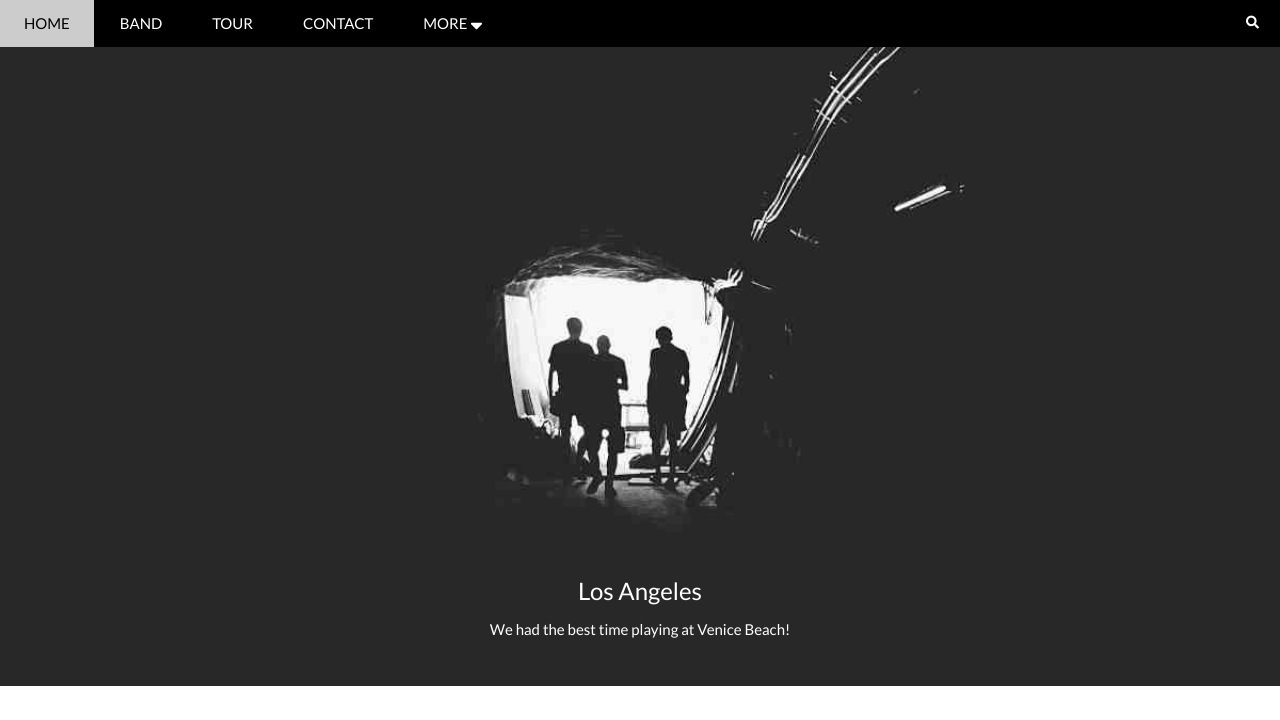
Repository: nguyenthaicong265/w3-band
Page: index.html
The author's editor kept a copy of each file at every save. The page is drawn from the files as they stood at one save, then again after the next save.
The browser window is 1280 px wide. The pictures show the window.
A layer covers the whole window, so only the first screen is drawn.

Above is the page before, as saved 2022-01-03 11:06:47.

### index.html
<!DOCTYPE html>
<html lang="en">
<head>
    <meta charset="UTF-8">
    <meta http-equiv="X-UA-Compatible" content="IE=edge">
    <meta name="viewport" content="width=device-width, initial-scale=1.0">
    <title>Document</title>
    <link rel="stylesheet" href="./assets/css/styles.css">
    <link rel="stylesheet" href="https://fonts.googleapis.com/css?family=Lato">
    <link rel="stylesheet" href="./assets/font/themify-icons-font/themify-icons/themify-icons.css">
    <link rel="stylesheet" href="./assets/font/fontawesome-free-5.15.4-web/css/all.css">
</head>
<body>
    <div id="main">
        <div id="header">
            <ul id="nav">
                <li><a href="">Home</a></li>
                <li><a href="">Band</a></li>
                <li><a href="">Tour</a></li>
                <li><a href="">Contact</a></li>
                <li>
                    <a href="#">
                        More
                        <i class="fas fa-sort-down"></i>
                    </a>
                    <ul class="subnav">
                        <li><a href="#">Merchandise</a></li>
                        <li><a href="#">Extras</a></li>
                        <li><a href="#">Media</a></li>
                    </ul>
                </li>
            </ul>
            <div class="search-button">
                <i class="fas fa-search text-white"></i>
            </div>
        </div>

        <div id="slider">
            <div class="text-content text-white">
                <h2 class="text-head">Los Angeles
                </h2>
                <div class="text-description">We had the best time playing at Venice Beach!
                </div>
            </div>
        </div>

        <div id="content">
            <!-- About-section -->
            <div class="band-section">
                <div class="content-section">
                    <h2 class="section-heading">
                    THE BAND
                    </h2>
                    <p class="section-sub-heading">
                    We love music
                    </p>
                    <p class="about-text">We have created a fictional band website. Lorem ipsum dolor sit amet, consectetur adipiscing elit, sed do eiusmod tempor incididunt ut labore et dolore magna aliqua. Ut enim ad minim veniam, quis nostrud exercitation ullamco laboris nisi ut aliquip ex ea commodo consequat. Duis aute irure dolor in reprehenderit in voluptate velit esse cillum dolore eu fugiat nulla pariatur. Excepteur sint occaecat cupidatat non proident, sunt in culpa qui officia deserunt mollit anim id est laborum consectetur adipiscing elit, sed do eiusmod tempor incididunt ut labore et dolore magna aliqua. Ut enim ad minim veniam, quis nostrud exercitation ullamco laboris nisi ut aliquip ex ea commodo consequat.
                    </p>

                    <!-- Member -->
                    <div class="members-list">
                        <div class="member-item">
                            <p class="member-name">Name</p>
                            <img src="./assets/img/band/member1.jpg" alt="Name" class="member-avatar">
                        </div>

                        <div class="member-item">
                            <p class="member-name">Name</p>
                            <img src="./assets/img/band/member1.jpg" alt="Name" class="member-avatar">
                        </div>

                        <div class="member-item">
                            <p class="member-name">Name</p>
                            <img src="./assets/img/band/member1.jpg" alt="Name" class="member-avatar">
                        </div>
                    </div>
                </div>
            </div>

            <!-- Tour-section -->
            <div class="tour-section">
                <div class="content-section">
                    <h2 class="section-heading text-white">
                    TOUR DATES
                    </h2>
                    <p class="section-sub-heading text-white">
                    Remember to book your tickets!
                    </p>

                    <!-- Tickets  -->
                    <ul class="tickets-list">
                        <li>September <span class="sold-out text-white">Sold out</span></li>
                        <li>October <span class="sold-out text-white">Sold out</span></li>
                        <li>November <span class="quantity text-white">3</span></li>
                    </ul>

                    <!-- Places -->
                    <div class="places-list">
                        <div class="places-item">
                            <img src="./assets/img/places/newyork.jpg" alt="New York" class="place-img">
                            <div class="place-body">
                                <h3 class="place-heading">
                                    New York
                                </h3>
                                <p class="place-time">
                                    Fri 27 Nov 2016
                                </p>
                                <p class="place-dsc">
                                    Praesent tincidunt sed tellus ut rutrum sed vitae justo.
                                </p>
                                <a href="#" class="place-buy-ticket">Buy Tickets</a>
                            </div>
                        </div>

                        <div class="places-item">
                            <img src="./assets/img/places/paris.jpg" alt="Paris" class="place-img">
                            <div class="place-body">
                                <h3 class="place-heading">
                                    Paris
                                </h3>
                                <p class="place-time">
                                    Sat 28 Nov 2016
                                </p>
                                <p class="place-dsc">
                                    Praesent tincidunt sed tellus ut rutrum sed vitae justo.
                                </p>
                                <a href="#" class="place-buy-ticket">Buy Tickets</a>
                            </div>
                        </div>

                        <div class="places-item">
                            <img src="./assets/img/places/sanfran.jpg" alt="San Francisco" class="place-img">
                            <div class="place-body">
                                <h3 class="place-heading">
                                    San Francisco
                                </h3>
                                <p class="place-time">
                                    Sun 29 Nov 2016
                                </p>
                                <p class="place-dsc">
                                    Praesent tincidunt sed tellus ut rutrum sed vitae justo.
                                </p>
                                <a href="#" class="place-buy-ticket">Buy Tickets</a>
                            </div>
                        </div>
                    </div>
                </div>
            </div>

            <!-- Contact-section -->
            <div class="contact-section">
                <div class="content-section">
                    <h2 class="section-heading">
                    CONTACT</h2>
                    <p class="section-sub-heading">
                    Fan? Drop a note!</p>
                    <div class="contact-information">
                        <div class="contact-location">
                            <i class="fas fa-map-marker-alt"></i>
                            <p class="location">Chicago, US</p>
                        </div>
                        <div class="contact-phone">
                            <i class="fas fa-phone-alt"></i>
                            <p class="phone">Phone: +00 151515</p>
                        </div>
                        <div class="contact-email">
                            <i class="fas fa-envelope"></i>
                            <p class="email">Email: mail@mail.com</p>
                        </div>
                    </div>
                    <div class="fill-information">
                        <form action="" class="form-information">
                            <input type="text" class="fill-name" placeholder="Name" required name="Name">
                            <input type="text" class="fill-email" placeholder="Email" required name="Email">
                            <input type="text" class="fill-message" placeholder="Message"
                            required name="Message">
                            <button class="button-send" type="submit">SEND</button>
                        </form>
                    </div>
                </div>
            </div>
        </div>

        <div id="footer">

        </div>
    </div>
    <div class="modal">

    </div>
</body>
</html>

### assets/css/styles.css
/* Reset CSS */
* {
    padding: 0;
    margin: 0;
    box-sizing: border-box;
}

html {
    font-family: "Lato", sans-serif;
    font-size: 62.5%;
}

.text-white {
    color: #ffff !important;
}

#main {

}

#header {
    position: fixed;
    top: 0;
    left: 0;
    right: 0;
    height: 46.5px;
    background-color: #000000;
    z-index: 1;
}

#header .search-button {
    float: right;
    padding: 0 21px;
}

#header .search-button:hover {
    cursor: pointer;
    background-color: #f44336!important;
}

#header .fa-search {
    font-size: 13px;
    line-height: 46px;
}

#nav, .subnav {
    display: inline-block;
    list-style-type: none;
}

#nav > li {
    display: inline-block;
}

#nav li {
    position: relative;
}

#nav > li > a {
    color: #ffffff;
    text-transform: uppercase;
}

#nav li a {
    text-decoration: none;
    line-height: 46.5px;
    padding: 0px 24px;
    font-size: 1.5rem;
    display: block;
}

#nav .fa-sort-down {
    font-size: 20px;
}

#nav li:hover .subnav {
    display: block;

}

#nav > li:hover > a,
#nav .subnav li:hover a {
    color: #000 !important;
    background-color: #ccc !important;
}

#nav .subnav {
    display: none;
    position: absolute;
    min-width: 160px;
    top: 46.5px;
    background-color: #ffffff;
    box-shadow: 0 0 10px rgba(0, 0, 0, 0.3);
}

#nav .subnav a {
    color: #000;
    padding: 0 12px;
    line-height: 38px;
}

#slider {
    position: relative;
    margin-top: 46px;
    padding-top: 50%;
    background: url(/assets/img/slider/slider1.jpg) top center / cover no-repeat;
}

#slider .text-content {
    position: absolute;
    bottom: 48px;
    width: 100%;
    text-align: center;
}

#slider .text-head {
    font-weight: 100;
    font-size: 24px;
    margin-bottom: 10px;
}
#slider .text-description {
    font-size: 15px;
    margin-top: 15px;
}

#content {
}

#content .content-section {
    width: 800px;
    padding: 64px 16px ;
    margin-left: auto;
    margin-right: auto;
}

#content .section-heading {
    font-size: 30px;
    font-weight: 400;
    letter-spacing: 4px;
    text-align: center;
}

#content .section-sub-heading {
    font-size: 15px;
    font-style: italic;
    text-align: center;
    opacity: 0.6;
    margin-top: 25px;
}

#content .about-text {
    text-align: justify;
    font-size: 15px;
    margin-top: 25px;
    line-height: 1.4;
}

#content .members-list {
    margin-top: 48px;
    overflow: hidden;
    padding-top: 32px !important;
    padding-bottom: 32px !important;
}

#content .member-item {
    float: left;
    width: 33.333333%;
    text-align: center;
}

#content .member-name {
    font-size: 15px;


}

#content .member-avatar {
    width: 60%;
    margin-top: 15px;
    border-radius: 4px;
}

.tour-section {
    background-color: #000;
    width: 100%;
}

.tickets-list {
    background-color: #ffffff;
    margin-top: 40px;
    list-style-type: none;
}

.tickets-list li {
    font-size: 15px;
    padding: 11px 16px;
    border-bottom: 1px solid #dddd;
    color: #757575;
}

.tickets-list .sold-out {
    background-color: #f44336!important;
    padding: 2px 7px;
    margin-left: 16px;
}

.tickets-list .quantity {
    float: right;
    width: 24px;
    height: 24px;
    background-color: #000;
    border-radius: 50%;
    line-height: 24px;
    text-align: center;
    margin-top: -3px;
}

.places-list {
    margin: 32px -8px 0px;
    overflow: hidden;
    padding-bottom: 48px;
}

.places-item {
    float: left;
    width: 33.33333%;
    padding: 0 8px;

}

.place-img {
    display: block;
    width: 100%;
}

.place-img:hover {
    opacity: 0.6;
}

.place-body {
    background-color: #ffff;
    padding: 16px;
}

.place-heading {
    font-size: 15px;
    font-weight: bolder;
    margin-bottom: 15px;
}

.place-time {
    font-size: 15px;
    opacity: 0.6;
    margin-bottom: 15px;
}

.place-dsc {
    font-size: 15px;
    margin-bottom: 15px;
}

.place-buy-ticket {
    display: inline-block;
    font-size: 15px;
    color: #ffff;
    background-color: #000;
    text-decoration: none;
    padding: 8px 16px;
    margin-top: 16px;
}

.place-buy-ticket:hover {
    color: #000;
    background-color: #ccc;
}

.contact-section {
    background-color: #fff;
    width: 100%;

}

.contact-information {
    float: left;
    width: 49.99999%;
    margin-bottom: 16px;
    overflow: hidden;
}

.fas {
    display: inline-block;
}

.contact-location {

}


.contact-phone {

}

.fill-information {
    width: 49.99999%;
}
#footer {

}

.modal {
    position: fixed;
    top: 0;
    right: 0;
    bottom: 0;
    left: 0;

}

Loaded but not shown: assets/font/themify-icons-font/themify-icons/themify-icons.css (common file); assets/font/fontawesome-free-5.15.4-web/css/all.css (library)

After the next save:
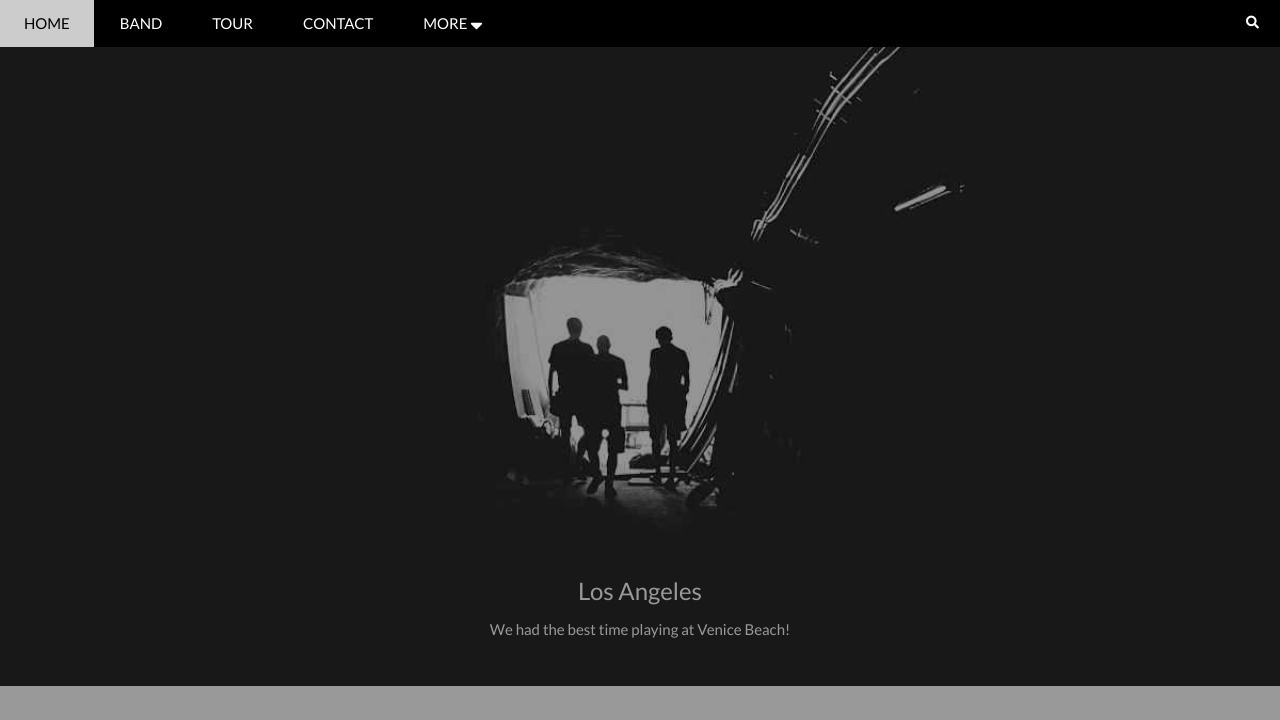
Saved 98 s later.
--- a/assets/css/styles.css
+++ b/assets/css/styles.css
@@ -313,5 +313,5 @@ html {
     right: 0;
     bottom: 0;
     left: 0;
-
-}
+    background: rgba(0, 0, 0, 0.4);
+}
